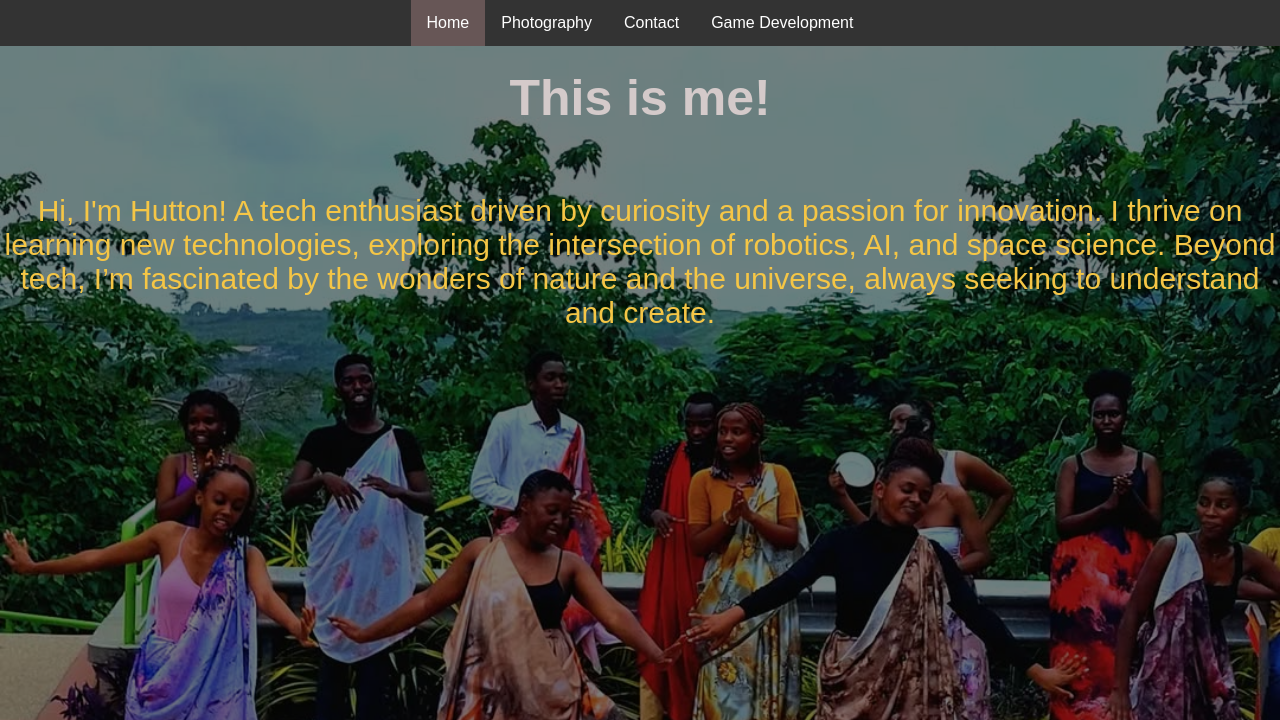
Repository: Argivist/ArgPortfolio
Page: index.html
The author's editor kept a copy of each file at every save. The page is drawn from the files as they stood at one save, then again after the next save.
The browser window is 1280 px wide. The pictures show the whole page.

Above is the page before, as saved 2025-03-28 18:43:45.

### index.html
<!DOCTYPE html>
<html lang="en">

<head>
    <meta charset="UTF-8">
    <meta name="viewport" content="width=device-width, initial-scale=1.0">
    <link rel="stylesheet" href="css/styles.css">
    <link rel="stylesheet" href="css/nav.css">
    <link rel="stylesheet" href="css/home.css">

    <title>Hutton Amison-Addy</title>

    <style>
        body{
            background-color: #f0f0f0;
            font-family: 'Arial', sans-serif;
        }
    </style>
</head>

<body>
    <nav>
        <ul>
            <li class="nav-content active active-text"><a href="index.html">Home</a></li>
            <li class="nav-content"><a href="https://www.instagram.com/theworldinoneseye/">Photography</a></li>

            <li class="dropdown nav-content">
                <a href="contact.html">Contact</a>
                <ul class="dropdown-content">
                    <li><a href="https://www.linkedin.com/in/hutton-amison-addy-7b1b3b1b1/">LinkedIn</a></li>
                    <li><a href="https://www.github.com/Argivist">GitHub</a></li>
                    <li><a href="mailto:hutton.amison@ashesi.edu.gh">hutton.amison@ashesi.edu.gh</a></li>
                    <li><a href="mailto:huttonaaddy.public@gmail.com">huttonaaddy.public@gmail.com</a></li>
                </ul>
            </li>

            <li class="dropdown nav-content">
                <a href="#">Game Development</a>
                <ul class="dropdown-content">
                    <li><a href="game/index.html">Game Development Projects</a></li>
                    <li><a href="blender/index.html">Blender</a></li>
                </ul>
            </li>
        </ul>
    </nav>
    <div class="padding">
    </div>
        <div class="overlay">
            <h1>This is me!</h1>
            <p class="desc">
                Hi, I'm Hutton! A tech enthusiast driven by curiosity and a passion for innovation. I thrive on learning new technologies, exploring the intersection of robotics, AI, and space science. Beyond tech, I’m fascinated by the wonders of nature and the universe, always seeking to understand and create.
            </p>
        </div>



</body>

</html>

### css/styles.css
body{
    height: 100%;
    margin: 0;
    padding: 0;
}

 p {
    white-space: pre-line; /* preserves newlines, but collapses extra spaces */
  }

### css/nav.css
/* 1. Define default variables in :root */


/* NAV Content and Dropdown */
.nav-content {
    position: relative;
    display: inline-block;
}

.dropdown {
    position: relative; /* For proper absolute positioning of its child */
    display: inline-block;
}

.dropdown:hover .dropdown-content {
    display: block;
}

.dropdown-content {
    display: none;
    position: absolute; /* This makes it overlay other elements without affecting layout */
    background-color: var(--dropdown-bg);
    min-width: 160px;
    box-shadow: 0px 8px 16px 0px rgba(0,0,0,0.2);
    z-index: 1;
}

/* Nav Stylisation */
nav {
    background-color: var(--nav-bg);
    position: fixed;
    top: 0;
    left: 0;
    width: 100vw;
    z-index: 100;
    display: flex;
    justify-content: center;  /* Centers the nav content horizontally */
    align-items: center;      /* Vertically centers items */
    margin: 0;
    color: var(--nav-link-color);
}

/* Reserve space for the fixed navbar */
.padding {
    height: 35px;  /* Adjust this value to match your navbar's height */
    top: 0;
    left: 0;
    width: 100%;
    bottom: 0;
}

/* Nav List Styles */
nav ul {
    list-style-type: none;
    margin: 0;
    padding: 0;
    display: flex;
}

nav ul li {
    display: inline-block;
    margin: 0;
    text-align: center;
    /* If you want each <li> to match nav’s background: */
    background-color: var(--nav-bg);
}

/* Nav Links */
nav ul li a {
    display: block;
    color: var(--nav-link-color);
    text-align: center;
    padding: 14px 16px;
    text-decoration: none;
}

nav ul li a:hover {
    background-color: var(--nav-link-hover-bg);
    color: var(--nav-link-active-color);
}

/* Optional: Ensure dropdown list items take full width */
.dropdown ul li {
    width: 100%;
}

/* Active link styling */
.active {
    background-color: var(--active-bg);
    /* color: var(--nav-link-active-color); */
    text-decoration: none;
}
/* If .active is on the <li>, target the <a> inside */
.active-text{
    color: var(--nav-link-active-color);
}

### css/home.css
/* Custom Theme variables */
:root {
    --nav-bg: #333;
    --nav-link-color: #fff;
    --nav-link-hover-bg: #111;
    --dropdown-bg: #f9f9f9;
    --active-bg: #675656;
    --body-text-color: #f5c646;      /* General text color */
    --heading-text-color: #d4caca;   /* Headings, if desired */
}


h1 {
    color: var(--heading-text-color);
    font-size: 50px;
    text-align: center;
    /* text-shadow: 2px 2px 5px rgba(0, 0, 0, 0.5); */
}

p {

    color: var(--body-text-color);
    font-size: 30px;
    text-align: center;
    /* text-shadow: 2px 2px 5px rgba(0, 0, 0, 0.5); */
}


body {
    background-image:url('../img/home.jpeg');
    background-size:cover;    /* Ensures the image covers the whole screen */
    background-repeat: no-repeat;  /* Prevents tiling */
    background-position: center 15%;

    /*  */
    /* background-position: center;   Centers the image */
}
.overlay {
    position: fixed;
    /* top: 0; */
    left: 0;
    width: 100%;
    height: 100%;
    background-color: rgba(0, 0, 0, 0.5); /* Adjust opacity as needed */
    z-index: -1; /* Keeps it behind your content */
}

After the next save:
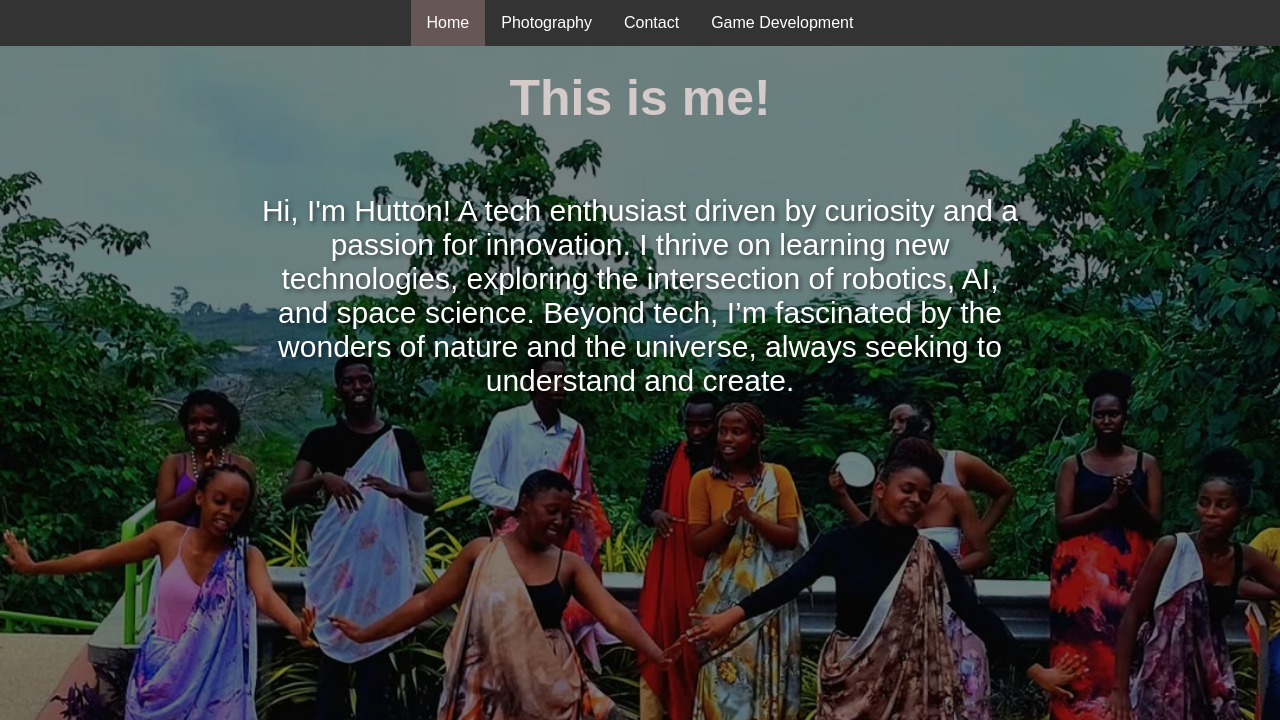
Saved 14 s later.
--- a/css/home.css
+++ b/css/home.css
@@ -24,7 +24,15 @@ p {
     text-align: center;
     /* text-shadow: 2px 2px 5px rgba(0, 0, 0, 0.5); */
 }
-
+.desc{
+    color: var(--nav-link-color);
+    font-size: 30px;
+    text-align: center;
+    text-shadow: 2px 2px 5px rgba(0, 0, 0, 0.5);
+    /* large gap between left and right edges */
+    margin-left: 20%;
+    margin-right: 20%;
+}
 
 body {
     background-image:url('../img/home.jpeg');
